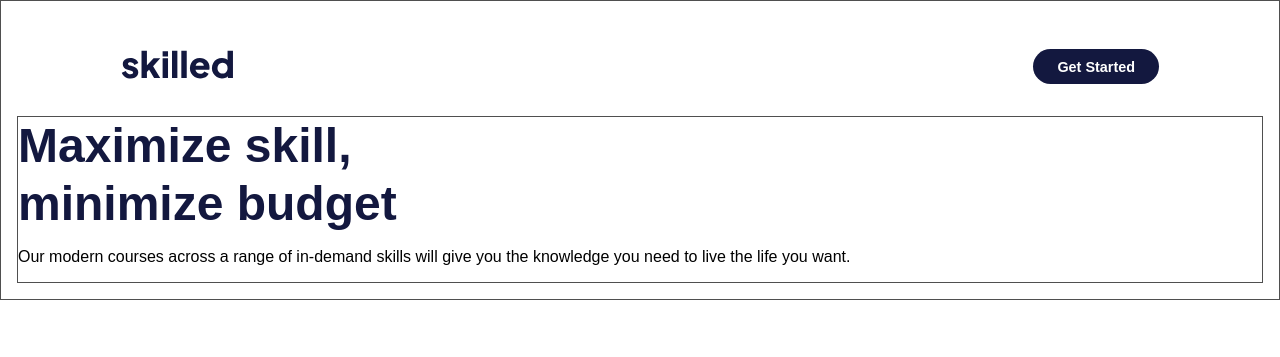
Repository: exe-walt/E-Learning-Landing-Page
Page: index.html
An editor plug-in stored every save of this project. The page is shown before and after the next save, followed by the edit.
The browser window is 1280 px wide. The pictures show the whole page.
Some web fonts or font styles are not loaded; a fallback is used.

Above is the page before, as saved 2025-05-27 20:25:38.

### index.html
<!DOCTYPE html>
<html lang="en">
<head>
  <meta charset="UTF-8">
  <meta name="viewport" content="width=device-width, initial-scale=1.0">
  <title>Skilled E-Learning Page</title>
  <link rel="stylesheet" href="css/style.css">
  <link href="https://fonts.cdnfonts.com/css/plus-jakarta-sans" rel="stylesheet">
</head>
<body>
  <div class="content-container">
    <nav>
      <div class="navbar">
        <ul>
          <li id="logo">
            <img src="img/skilled-logo.svg" alt="logo">
          </li>
          <li class="navbar-button">
            <button>Get Started</button>
          </li>
        </ul>
      </div>
    </nav>

    <section class="hero-section">
      <div class="hero-text">
        <h1>Maximize skill, <br>minimize budget</h1>

        <p>
          Our modern courses across a range of in-demand skills will give you the knowledge you need to live the life you want.
        </p>
      </div>
    </section>
  </div>

</body>
</html>

### css/style.css
* {
  font-family: "Plus Jakarta Sans", sans-serif;
}
body {
  margin: 0;
  display: flex;
  justify-content: center;
  align-items: center;
}

.content-container {
  background-color: #ffffff;
  max-width: 100%;
  width: 100%;
  height: auto;
  padding: 1em;
  border: 1px solid #4f4f4f;
}

.navbar {
  display: flex;
  justify-content: space-between;
  align-items: center;
  padding: 2rem 2.5rem;
  background-color: white;
  margin-left: 4em;
  margin-right: 4em;
}

.navbar ul {
  display: flex;
  align-items: center;
  justify-content: space-between;
  width: 100%;
  list-style: none;
  margin: 0;
  padding: 0;
}

.logo img {
  height: 1.75rem;
  width: auto;
}

.navbar-button button {
  background-color: #13183F;
  color: white;
  border: none;
  border-radius: 999px;
  padding: 0.6rem 1.5rem;
  font-weight: 600;
  font-size: 0.9rem;
  cursor: pointer;
  transition: background-color 0.3s ease;
}

.navbar-button button:hover {
  background-color: #666ca3;
}

.hero-section{
  border: 1px solid #4f4f4f;
  display: flex;
}

.hero-section h1 {
  font-family: 'Plus Jakarta Sans', sans-serif;
  font-weight: 800; /* ExtraBold */
  font-size: 3rem;
  line-height: 1.2;
  color: #13183F;
  margin: 0;
}

After the next save:
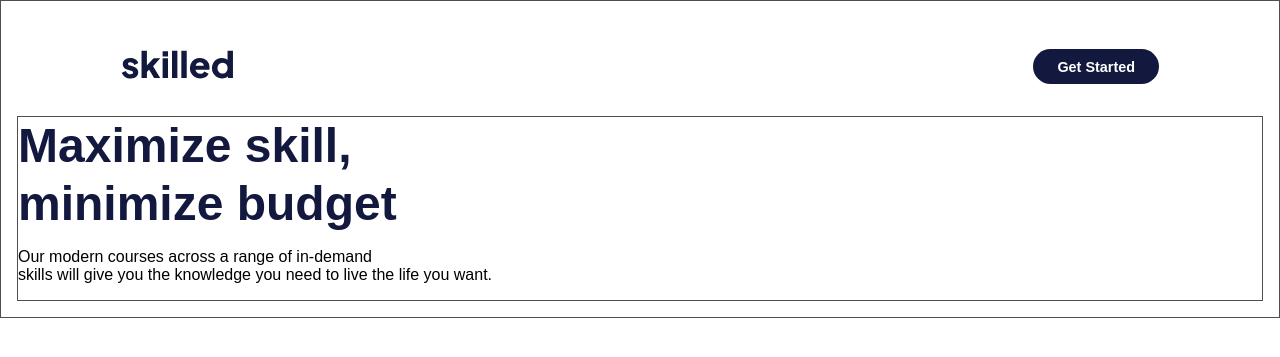
Saved 36 s later.
--- a/index.html
+++ b/index.html
@@ -27,7 +27,7 @@
         <h1>Maximize skill, <br>minimize budget</h1>
 
         <p>
-          Our modern courses across a range of in-demand skills will give you the knowledge you need to live the life you want.
+          Our modern courses across a range of in-demand <br> skills will give you the knowledge you need to live the life you want.
         </p>
       </div>
     </section>
